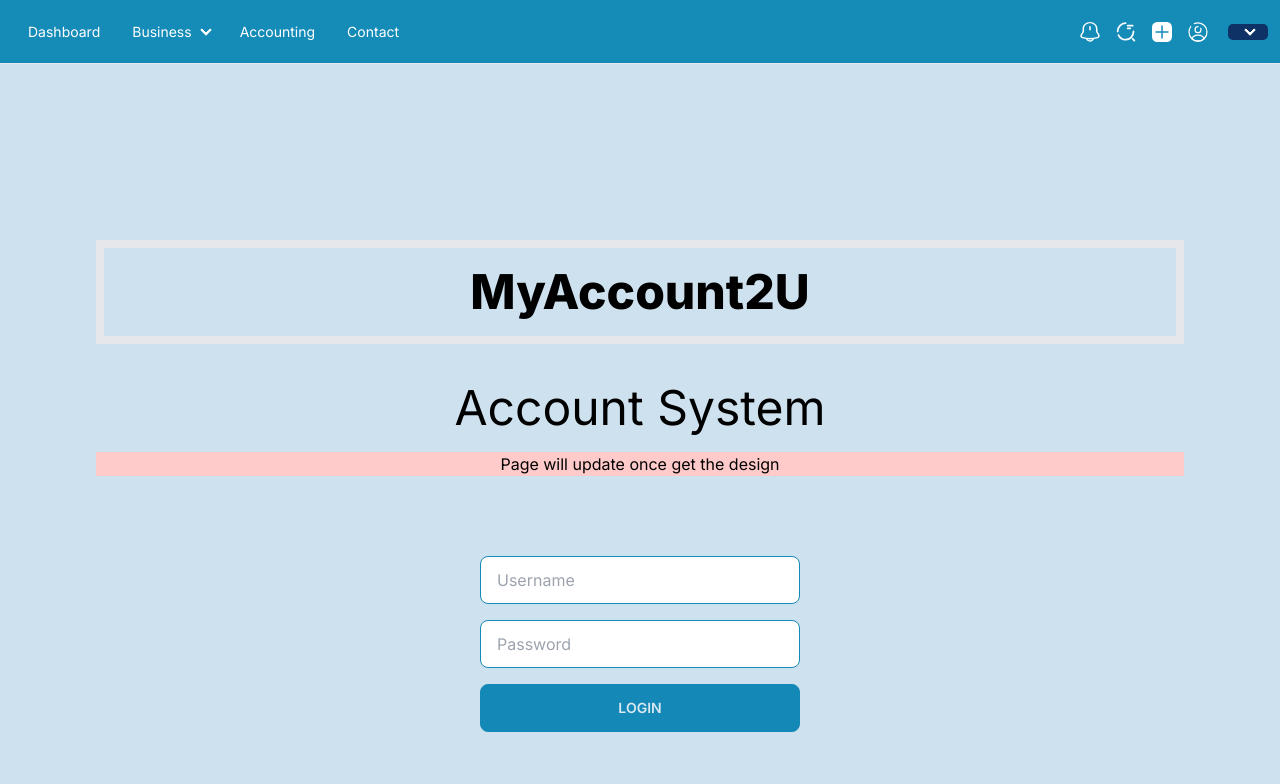
Repository: khairul35/homa-FE
Page: /login
The author's editor kept a copy of each file at every save. The page is drawn from the files as they stood at one save, then again after the next save.
The browser window is 1280 px wide. The pictures show the whole page.
The project was rebuilt for these pictures with package versions that can differ from the ones it lists, and the page was loaded fresh each time. The framework's server and built-in components were replaced by stand-ins that run in the browser. Also part of the build but not shown: next.config.js.

Above is the page before, as saved 2023-12-26 22:07:50.

After the next save:
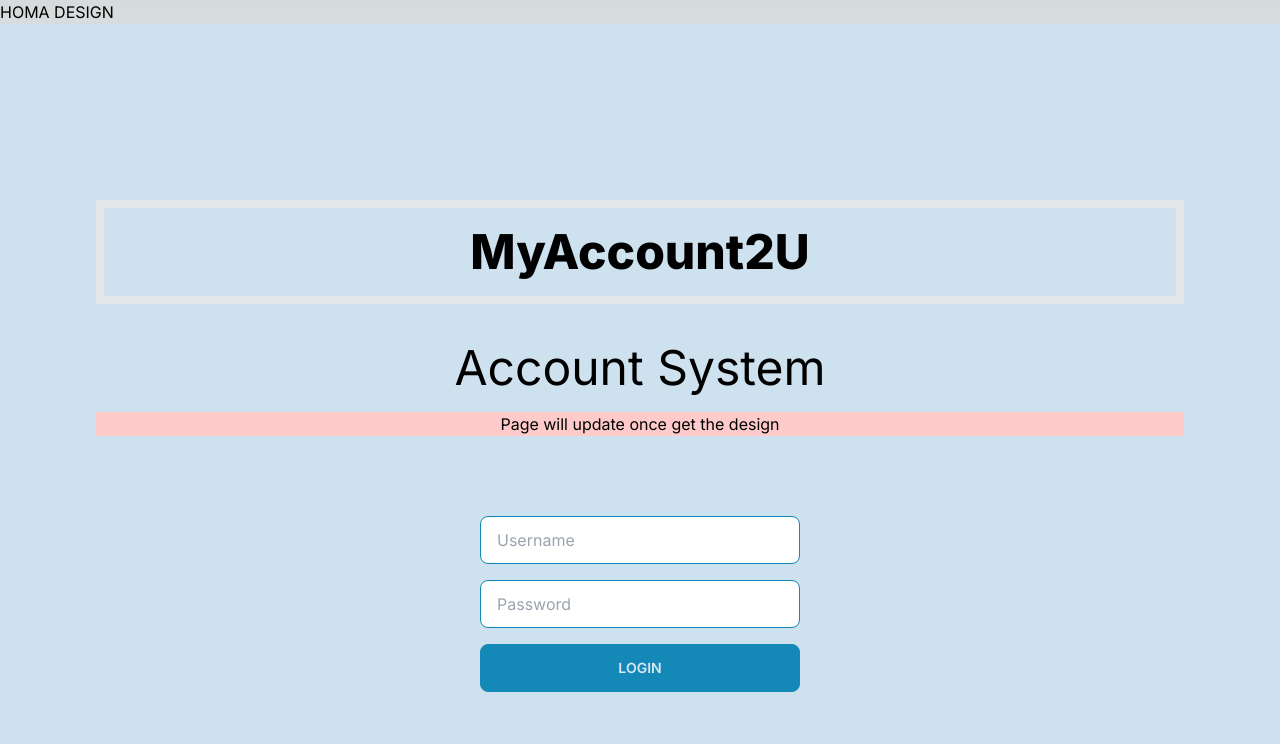
Saved 102 s later.
--- a/app/components/layout/Header.tsx
+++ b/app/components/layout/Header.tsx
@@ -29,6 +29,7 @@
     }, []);
 
     return (
+        localStorage.getItem('isLogin') == 'true' ?
         <div
             className="navbar border-b shadow-black-200"
             style={{ backgroundColor: "#158BB8", color: "#fff" }}
@@ -128,6 +129,10 @@
                     </ul>
             </div>
         </div>
+        :
+        <>
+            <h2>HOMA DESIGN</h2>
+        </>
     )
 };
 

After the save that followed:
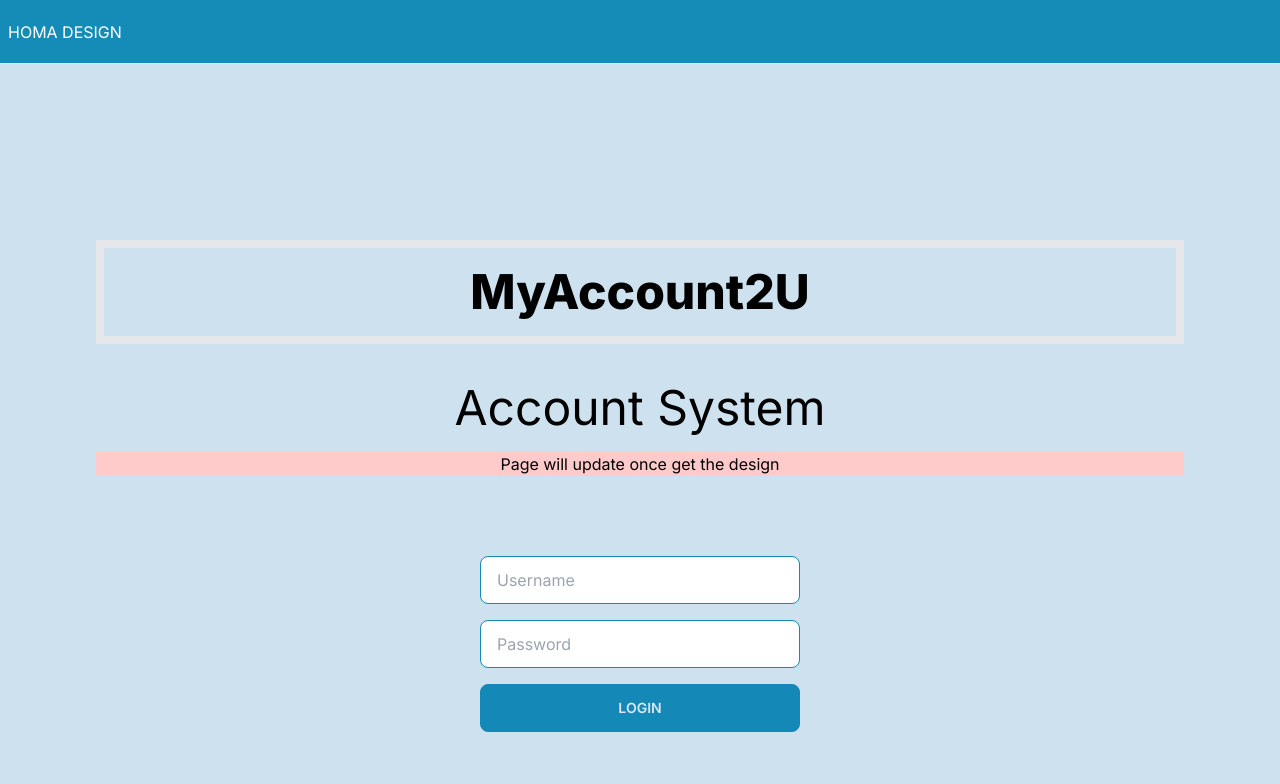
Saved 31 s later.
--- a/app/components/layout/Header.tsx
+++ b/app/components/layout/Header.tsx
@@ -130,9 +130,12 @@
             </div>
         </div>
         :
-        <>
+        <div
+            className="navbar border-b shadow-black-200"
+            style={{ backgroundColor: "#158BB8", color: "#fff" }}
+        >
             <h2>HOMA DESIGN</h2>
-        </>
+        </div>
     )
 };
 
